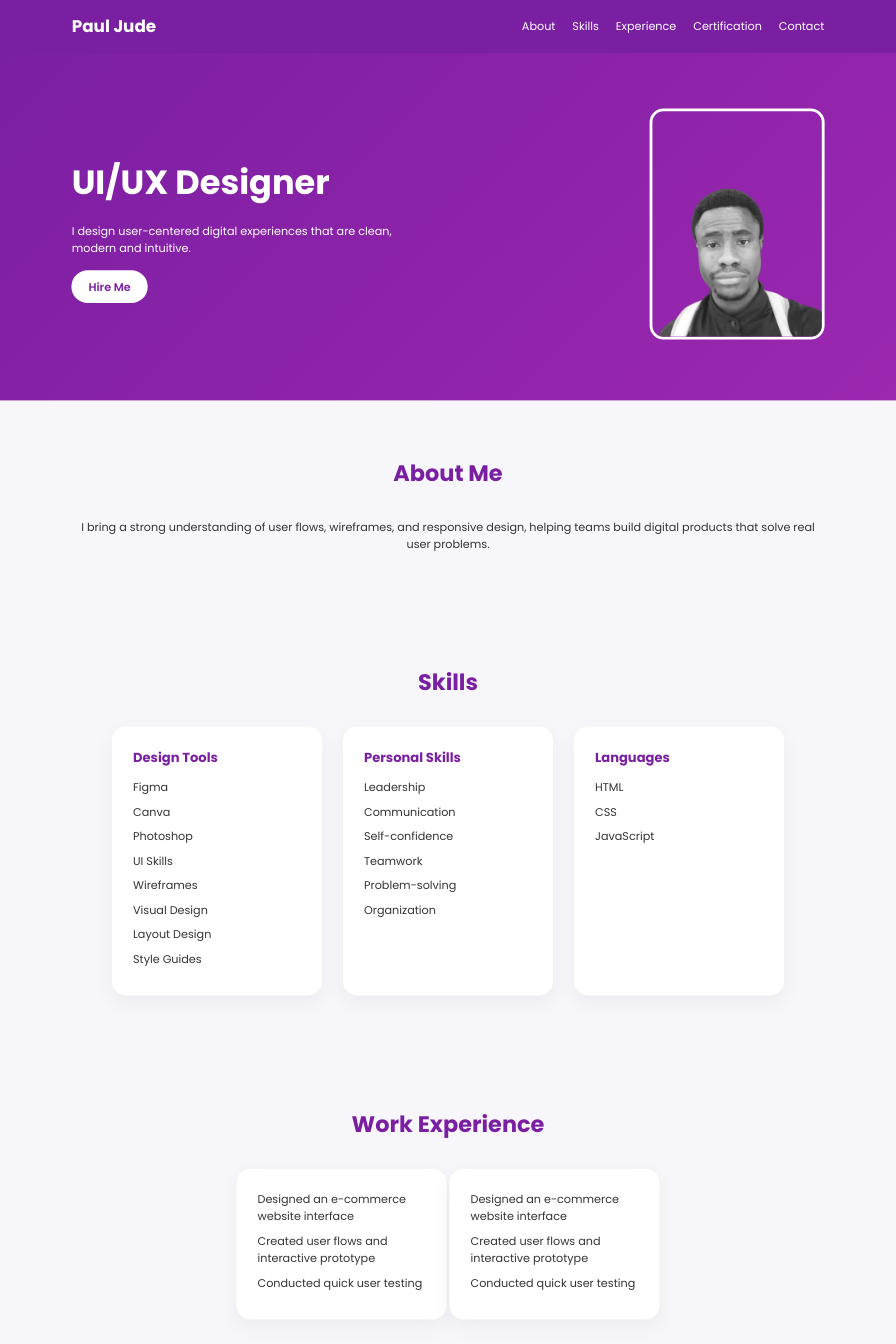
Repository: Paulo-930/UI-UX-Portfolio
Page: index.html
These files come from the project's save history. The page is drawn as it stood at one moment and after the next save; the edit follows.
The browser window is 1280 px wide. The pictures show the part of the page from y = 0 to 1920 px (the page is 2661 px tall before and 2908 px after), at 70% of full size.

Above is the page before, as saved 2026-02-23 11:12:31.

### index.html
<!DOCTYPE html>
<html lang="en">
<head>
  <meta charset="UTF-8" />
  <meta name="viewport" content="width=device-width, initial-scale=1.0" />
  <title>Paul Jude | UI/UX Designer</title>
  <link rel="stylesheet" href="style.css" />
  <link href="https://fonts.googleapis.com/css2?family=Poppins:wght@300;400;600;700&display=swap" rel="stylesheet">
</head>
<body>

  <!-- HEADER -->
  <header class="navbar">
    <h2 class="logo">Paul Jude</h2>
    <nav>
      <a href="#about">About</a>
      <a href="#skills">Skills</a>
      <a href="#experience">Experience</a>
      <a href="#certification">Certification</a>
      <a href="#contact">Contact</a>
    </nav>
  </header>

  <!-- HERO SECTION -->
  <section class="hero">
    <div class="hero-text">
      <h1>UI/UX Designer</h1>
      <p>I design user-centered digital experiences that are clean, modern and intuitive.</p>
      <a href="#contact" class="btn">Hire Me</a>
    </div>

    <div class="hero-image">
      <img src="Imagery/profile.png" alt="Paul Jude">
    </div>
  </section>

  <!-- ABOUT -->
  <section id="about" class="section">
    <h2>About Me</h2>
    <p>
      I bring a strong understanding of user flows, wireframes, and responsive design,
      helping teams build digital products that solve real user problems.
    </p>
  </section>

  <!-- SKILLS -->
  <section id="skills" class="section">
    <h2>Skills</h2>

    <div class="skills-grid">
      <div class="card">
        <h3>Design Tools</h3>
        <ul>
          <li>Figma</li>
          <li>Canva</li>
          <li>Photoshop</li>
          <li>UI Skills</li>
          <li>Wireframes</li>
          <li>Visual Design</li>
          <li>Layout Design</li>
          <li>Style Guides</li>
        </ul>
      </div>

      <div class="card">
        <h3>Personal Skills</h3>
        <ul>
          <li>Leadership</li>
          <li>Communication</li>
          <li>Self-confidence</li>
          <li>Teamwork</li>
          <li>Problem-solving</li>
          <li>Organization</li>
        </ul>
      </div>

      <div class="card">
        <h3>Languages</h3>
        <ul>
          <li>HTML</li>
          <li>CSS</li>
          <li>JavaScript</li>
        </ul>
      </div>
    </div>
  </section>

  <!-- EXPERIENCE -->
  <section id="experience" class="section">
    <h2>Work Experience</h2>
    <div class="card">
      <ul>
        <li>Designed an e-commerce website interface</li>
        <li>Created user flows and interactive prototype</li>
        <li>Conducted quick user testing</li>
      </ul>
    </div>
    <div class="card">
      <ul>
        <li>Designed an e-commerce website interface</li>
        <li>Created user flows and interactive prototype</li>
        <li>Conducted quick user testing</li>
      </ul>
    </div>
  </section>

  <!-- CERTIFICATION -->
  <section id="certification" class="section">
    <h2>Certification</h2>
    <div class="card">
      <p>LUD UI/UX ACADEMY</p>
    </div>
  </section>

  <!-- CONTACT -->
  <section id="contact" class="section contact">
    <h2>Let's Work Together</h2>
    <p>Email: your@email.com</p>
    <p>Phone: +234 913 329 0391</p>
  </section>

  <footer>
    <p>© 2026 Paul Jude | UI/UX Designer</p>
  </footer>

</body>
</html>

### style.css
* {
  margin: 0;
  padding: 0;
  box-sizing: border-box;
  scroll-behavior: smooth;
}

body {
  font-family: 'Poppins', sans-serif;
  background: #f7f7fb;
  color: #333;
}

/* NAVBAR */
.navbar {
  display: flex;
  justify-content: space-between;
  align-items: center;
  padding: 20px 8%;
  background: #7b1fa2;
  color: white;
  position: sticky;
  top: 0;
}

.navbar nav a {
  color: white;
  text-decoration: none;
  margin-left: 20px;
  font-weight: 500;
}

.navbar nav a:hover {
  opacity: 0.7;
}

/* HERO */
.hero {
  display: flex;
  align-items: center;
  justify-content: space-between;
  padding: 80px 8%;
  background: linear-gradient(135deg, #7b1fa2, #9c27b0);
  color: white;
  flex-wrap: wrap;
}

.hero-text {
  max-width: 500px;
}

.hero h1 {
  font-size: 48px;
  margin-bottom: 20px;
}

.hero p {
  margin-bottom: 30px;
}

.btn {
  background: white;
  color: #7b1fa2;
  padding: 12px 24px;
  border-radius: 30px;
  text-decoration: none;
  font-weight: 600;
}

.hero-image img {
  width: 250px;
  border-radius: 20px;
  border: 4px solid white;
}

/* SECTIONS */
.section {
  padding: 80px 8%;
  text-align: center;
}

.section h2 {
  font-size: 32px;
  margin-bottom: 40px;
  color: #7b1fa2;
}

/* CARDS */
.skills-grid {
  display: flex;
  gap: 30px;
  flex-wrap: wrap;
  justify-content: center;
}

.card {
  background: white;
  padding: 30px;
  border-radius: 20px;
  box-shadow: 0 10px 30px rgba(0,0,0,0.05);
  max-width: 300px;
  width: 100%;
  text-align: left;
}

#experience > .card {
  display: inline-block;
}

.card h3 {
  margin-bottom: 15px;
  color: #7b1fa2;
}

.card ul {
  list-style: none;
}

.card ul li {
  margin-bottom: 10px;
}

/* CONTACT */
.contact {
  background: #f0e6f6;
}

/* FOOTER */
footer {
  padding: 20px;
  text-align: center;
  background: #7b1fa2;
  color: white;
}

/* RESPONSIVE */
@media (max-width: 768px) {
  .hero {
    flex-direction: column;
    text-align: center;
  }

  .hero-image {
    margin-top: 30px;
  }

  .navbar nav {
    display: none;
  }
}

After the next save:
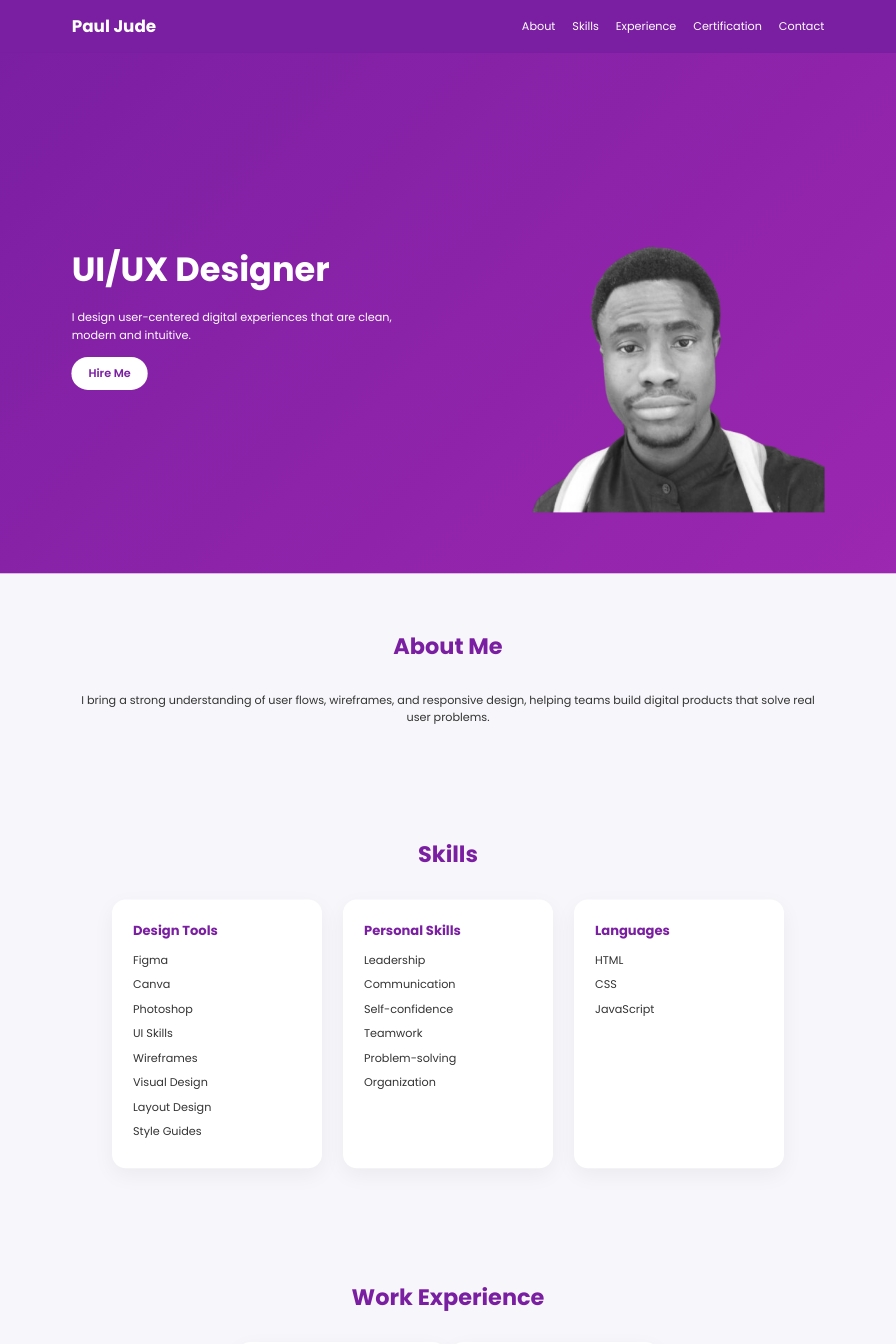
Saved 75 s later.
--- a/style.css
+++ b/style.css
@@ -66,6 +66,8 @@
   text-decoration: none;
   font-weight: 600;
 }
+
+.btr
 
 .hero-image img {
   width: 250px;

After the save that followed:
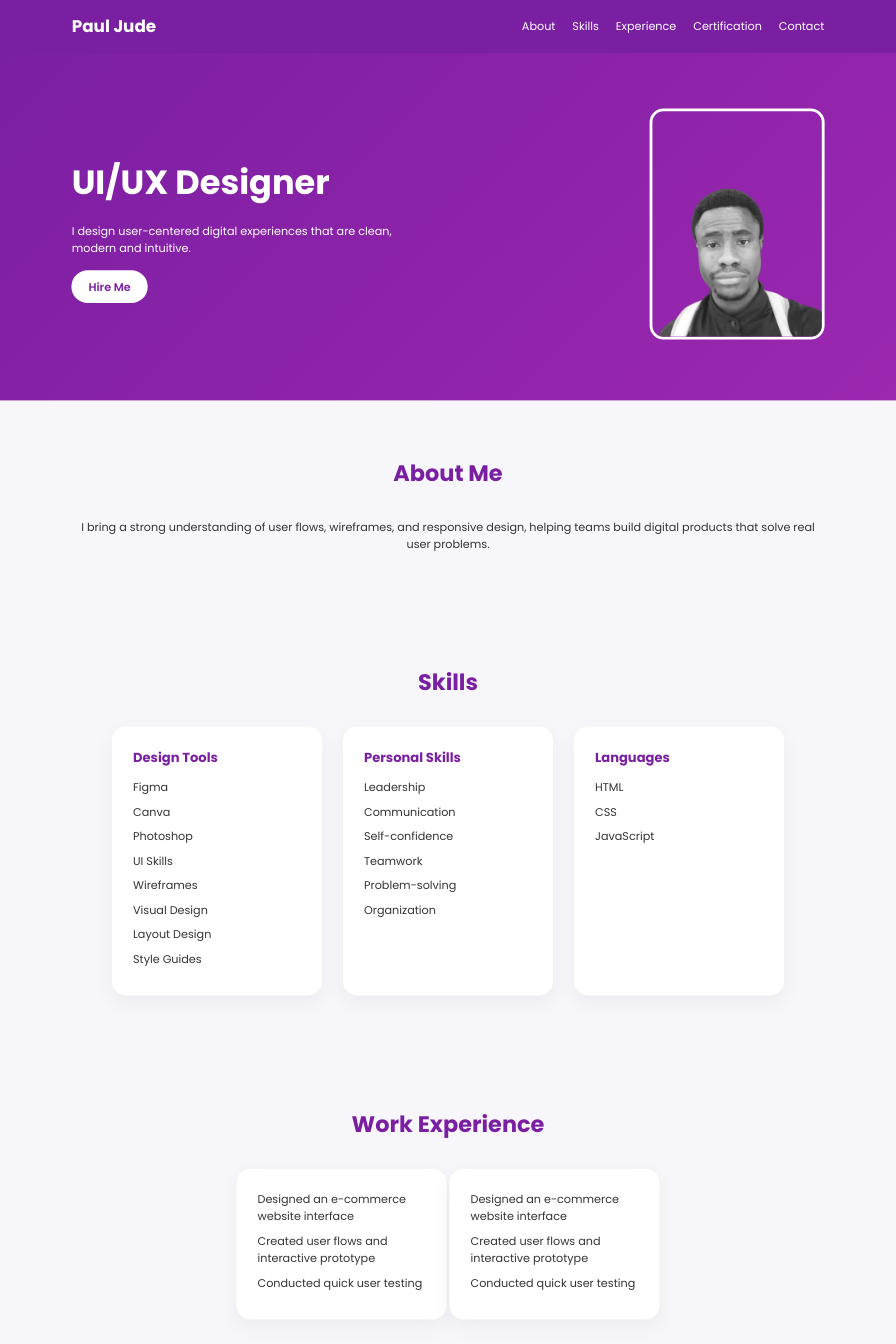
Saved 6 s later.
--- a/style.css
+++ b/style.css
@@ -67,7 +67,9 @@
   font-weight: 600;
 }
 
-.btr
+.btr:hover {
+
+}
 
 .hero-image img {
   width: 250px;
